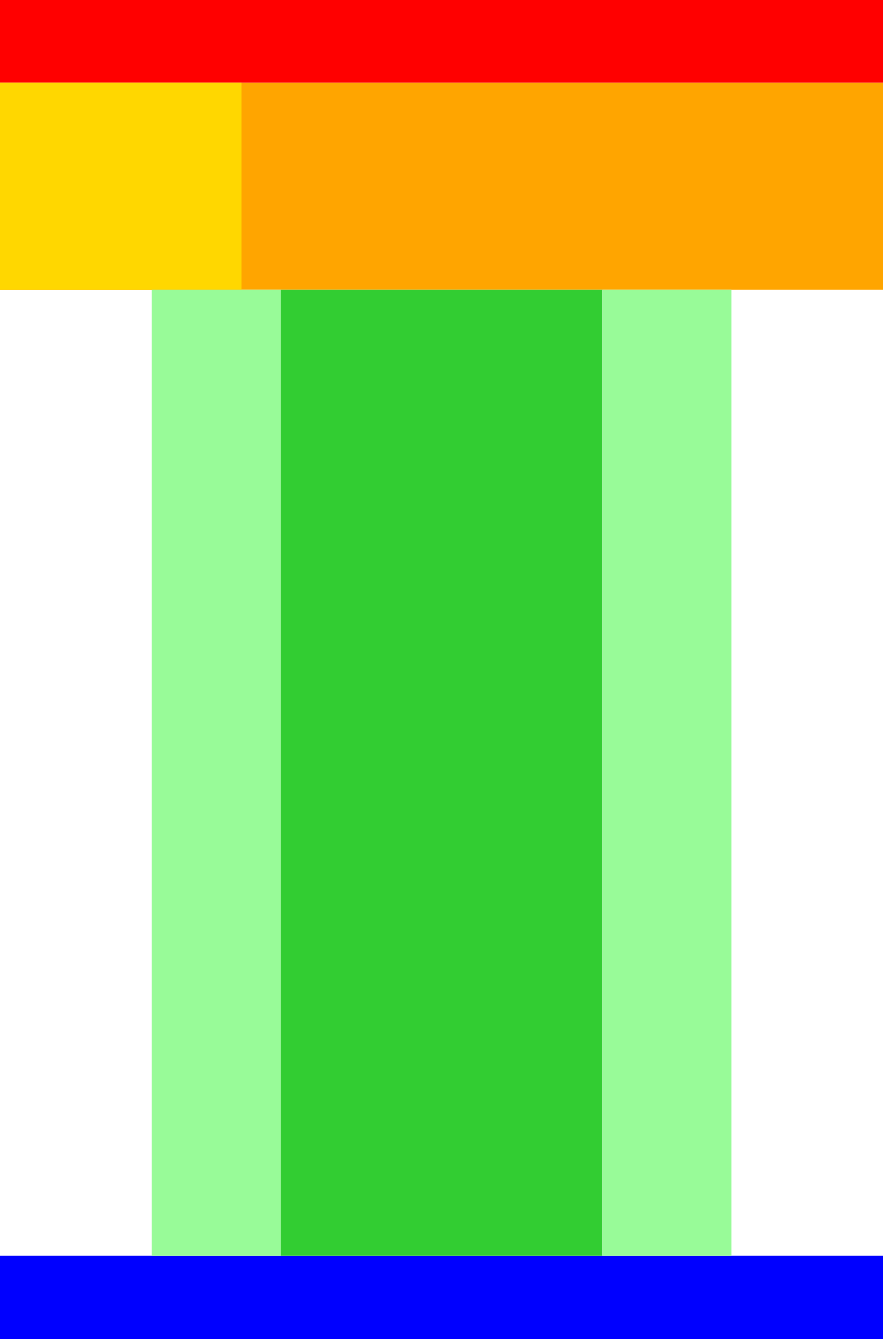
Repository: takanauti/task
Page: chapter4_exercise/index2.html
The author's editor kept a record of every edit. The page is drawn from the files as they stood at one moment, then again after the next edit.
The browser window is 1280 px wide. The pictures show the whole page, at 69% of full size.

Above is the page before.

### chapter4_exercise/index2.html
<!DOCTYPE html>
<html lang="ja">
  <head>
    <meta charset="UTF-8" />
    <!-- CSSファイルの読み込み -->
    <link rel="stylesheet" href="style2.css" />
    <title>演習1</title>
  </head>

  <body>
    <!-- header用のdiv -->
    <div class="header">
      <div class="header-top"></div>
      <div class="header-bottom"></div>
    </div>

    <!-- main-visual用のdiv -->
    <div class="main-visual">
      <div class="main-visual-content"></div>
    </div>

    <!-- main用のdiv -->
    <div class="main">
      <div class="sidebar"></div>
      <div class="blog"></div>
      <div class="sidebar"></div>
    </div>

    <!-- footer用のdiv -->
    <div class="footer"></div>
  </body>
</html>

### chapter4_exercise/style2.css
/* ブラウザがそれぞれ持っているCSSをリセットするための記述 */
* {
  margin: 0;
  padding: 0;
  box-sizing: border-box;
}

.header {
  width: 100%; /* 横幅いっぱい */
  height: 120px; /* 高さ120px */
  background-color: red; /* 背景色red */
}


.main-visual {
  width: 100%; /* 横幅いっぱい */
  height: 300px; /* 高さ300px */
  background-color: orange; /* 背景色orange */
}

.main-visual-content {
  width: 350px; /* 横幅350px */
  height: 300px; /* 親の高さに揃える */
  background-color: gold; /* 背景色gold */
}

.main {
  width: 840px; /* 横幅840px */
  display: flex; /* Flexboxの利用 */
  justify-content: center; /* 要素の横並び・中央寄せ */
  margin: 0 auto; /* 中央寄せ（左右に余白がないとできない） */
}

.blog {
  width: 600px; /* 横幅600px */
  height: 1400px; /* 高さ1400px */
  background-color: limegreen; /* 背景色limegreen */
}

.sidebar {
  width: 240px; /* 横幅240px */
  height: 1400px; /* 高さ1400px */
  background-color: palegreen; /* 背景色palegreen */
}

.footer {
  width: 100%; /* 横幅いっぱい */
  height: 120px; /* 高さ120px */
  background-color: blue; /* 背景色blue */
}

After the next edit:
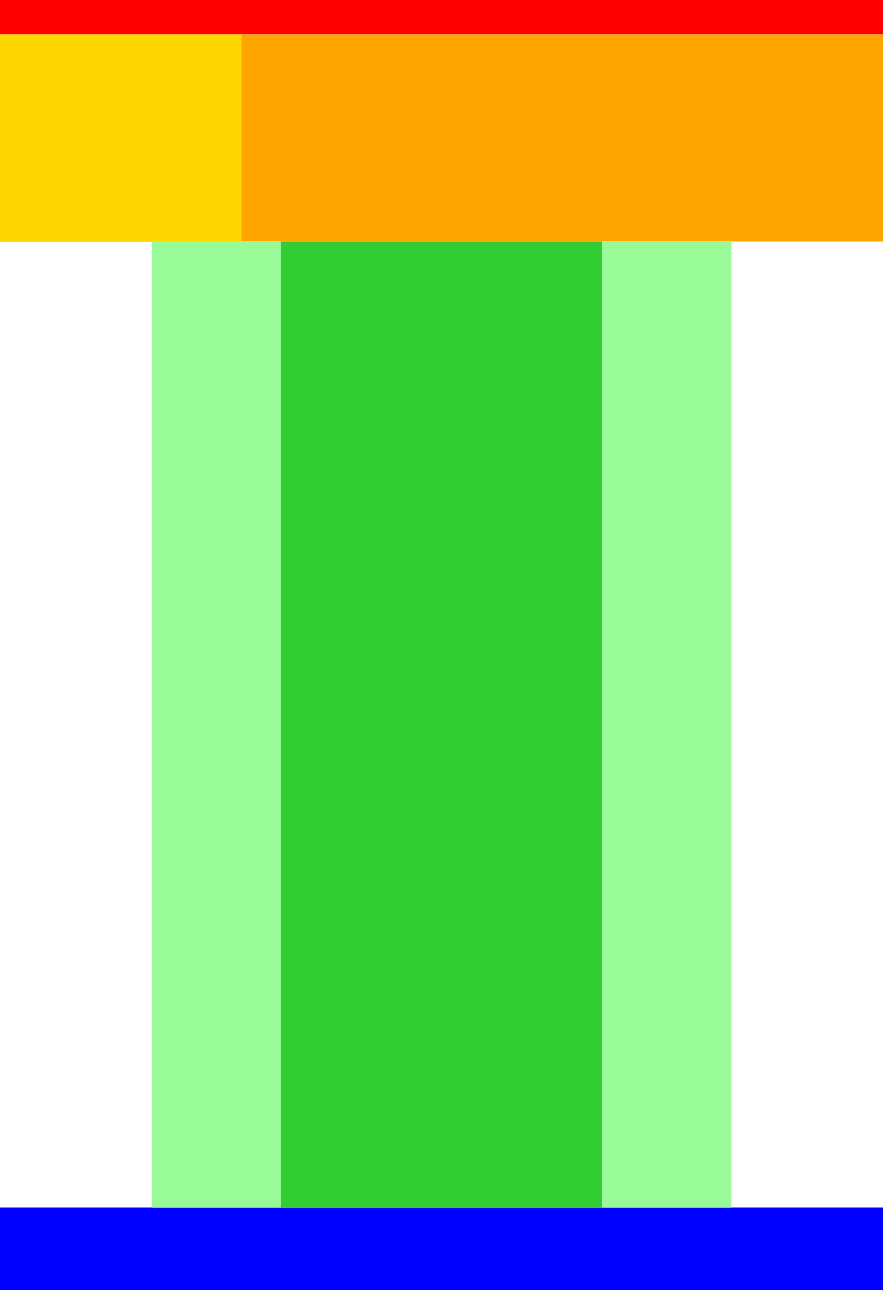
The edit:
--- a/chapter4_exercise/style2.css
+++ b/chapter4_exercise/style2.css
@@ -7,7 +7,7 @@
 
 .header {
   width: 100%; /* 横幅いっぱい */
-  height: 120px; /* 高さ120px */
+  height: 50px; /* 高さ120px */
   background-color: red; /* 背景色red */
 }
 
